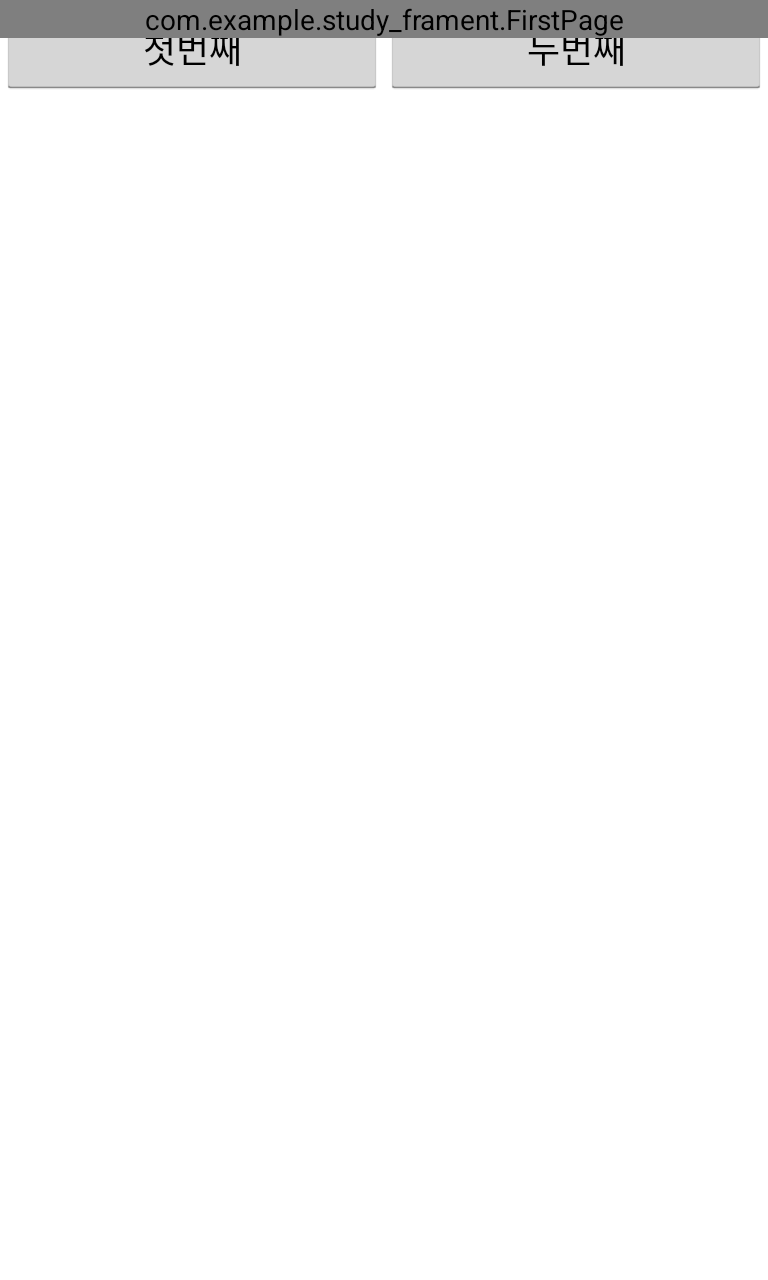
Repository: pajamasi726/AndroidExample
Layout: AndroidExample/Study_Fragment/res/layout/activity_main.xml
The author's editor kept a copy of each file at every save. The layout is drawn from the files as they stood at one save, then again after the next save.
Pictures or frames that could not be fetched are drawn as grey boxes. It is drawn on a 768 x 1280 px phone screen (xhdpi) without system bars, with theme AppTheme; the app's code is not run.

Above is the layout before, as saved 2016-02-20 03:16:57.

### AndroidExample/Study_Fragment/res/layout/activity_main.xml
<RelativeLayout xmlns:android="http://schemas.android.com/apk/res/android"
    xmlns:tools="http://schemas.android.com/tools"
    android:layout_width="match_parent"
    android:layout_height="match_parent"
    tools:context="${relativePackage}.${activityClass}" >

    <LinearLayout
        android:layout_width="wrap_content"
        android:layout_height="wrap_content"
        android:layout_alignParentLeft="true"
        android:layout_alignParentRight="true"
        android:layout_alignParentTop="true" >

        <Button
            android:id="@+id/btn1"
            android:layout_width="wrap_content"
            android:layout_height="wrap_content"
            android:layout_weight="1"
            android:onClick="onClick"
            android:text="첫번째" />

        <Button
            android:id="@+id/btn2"
            android:layout_width="wrap_content"
            android:layout_height="wrap_content"
            android:layout_weight="1"
            android:onClick="onClick"
            android:text="두번째" />
    </LinearLayout>

    <com.example.study_frament.FirstPage
        android:id="@+id/fragmentArea"
        android:layout_width="match_parent"
        android:layout_height="wrap_content"
        android:layout_below="@+id/linearLayout1" />

</RelativeLayout>

Loaded but not shown: AndroidExample/Study_Fragment/res/values/styles.xml (common file); AndroidExample/Study_Fragment/res/values-v11/styles.xml (common file); AndroidExample/Study_Fragment/res/values-v14/styles.xml (common file)

After the next save:
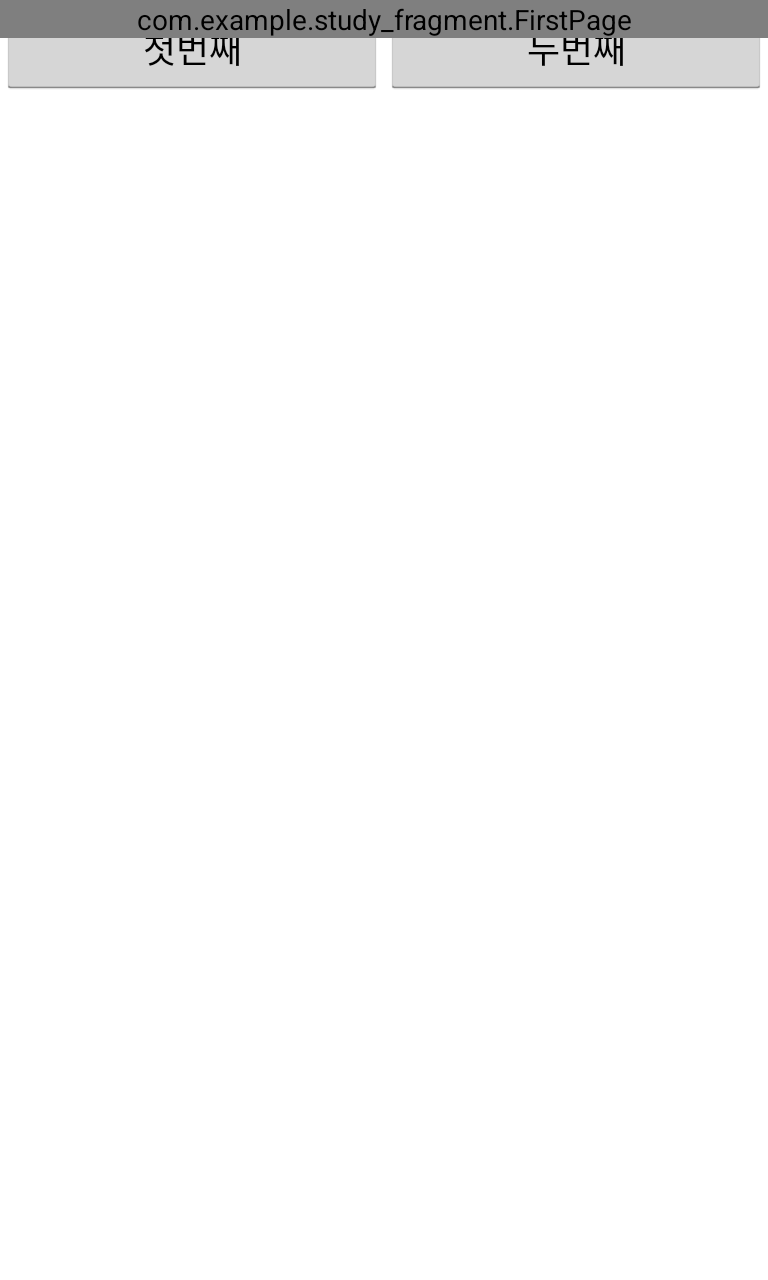
Saved 71 s later.
--- a/AndroidExample/Study_Fragment/res/layout/activity_main.xml
+++ b/AndroidExample/Study_Fragment/res/layout/activity_main.xml
@@ -28,7 +28,7 @@
             android:text="두번째" />
     </LinearLayout>
 
-    <com.example.study_frament.FirstPage
+    <com.example.study_fragment.FirstPage
         android:id="@+id/fragmentArea"
         android:layout_width="match_parent"
         android:layout_height="wrap_content"
